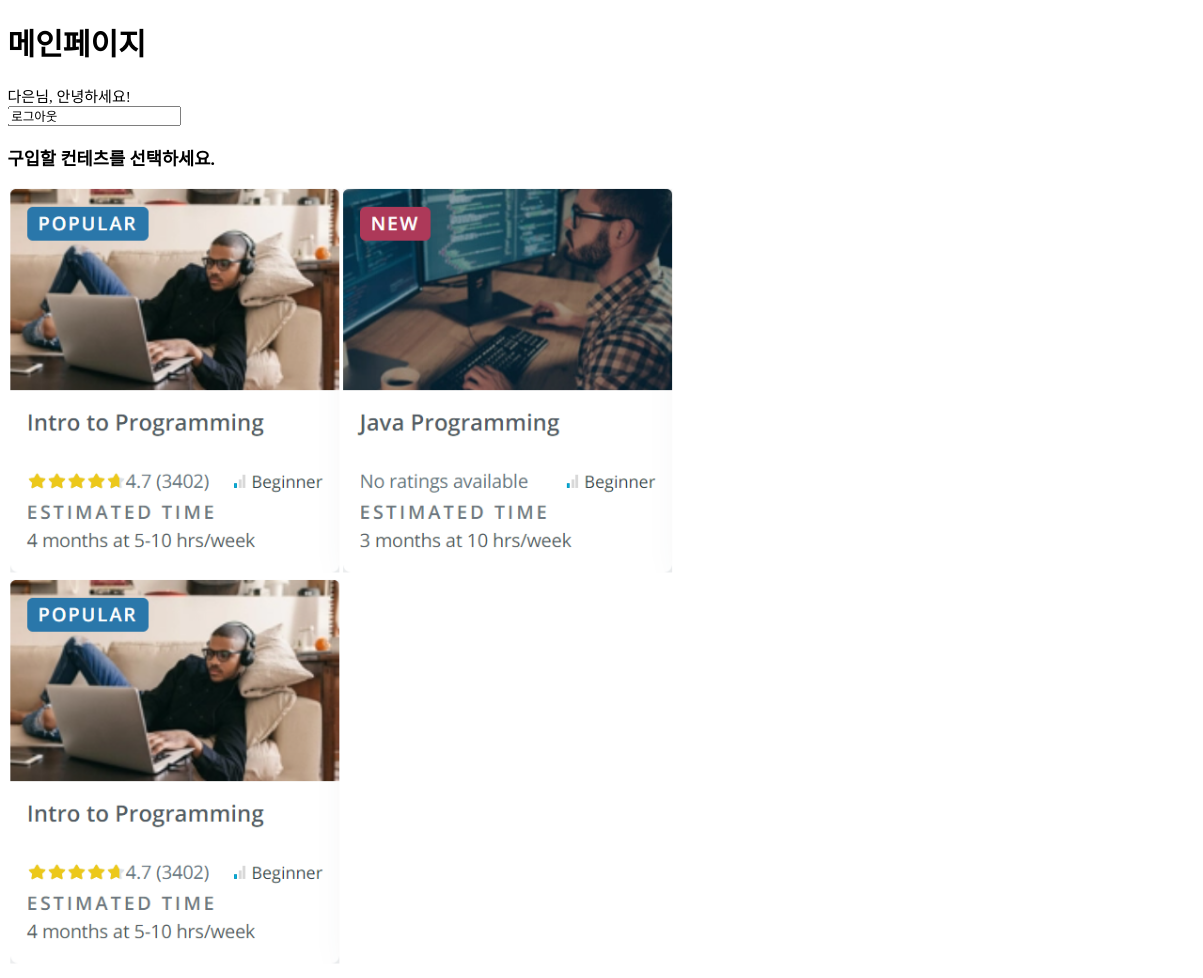
Repository: euniiee/test11
Page: http://localhost/Project/main.jsp
The author's editor kept a copy of each file at every save. The page is drawn from the files as they stood at one save, then again after the next save.
The browser window is 1280 px wide. The pictures show the whole page, at 94% of full size.
The page is served by Tomcat 9. Other server files are loaded and not shown.

Above is the page before, as saved 2023-02-01 02:17:30.

### Project/WebContent/main.jsp
<%@ page language="java" contentType="text/html; charset=UTF-8"
    pageEncoding="UTF-8"%>
<!DOCTYPE html>
<html>
<head>
<meta charset="UTF-8">
<title>Insert title here</title>
</head>
<body>
<div>
	<div>
		<h1>메인페이지</h1>
		<div>
			<div>다은님, 안녕하세요!</div>
			<input value="로그아웃">
		</div>
	</div>
	<h3>구입할 컨테츠를 선택하세요.</h3>
	<table>
		<tr>
			<td><img src="Intro_350_408.png"></td>
			<td><img src="Java_350_408.png"></td>
			<td></td>
		</tr>
		<tr>
			<td><img src="Intro_350_408.png"></td>
			<td></td>
			<td></td>
		</tr>
	</table>
</div>
</body>
</html>

After the next save:
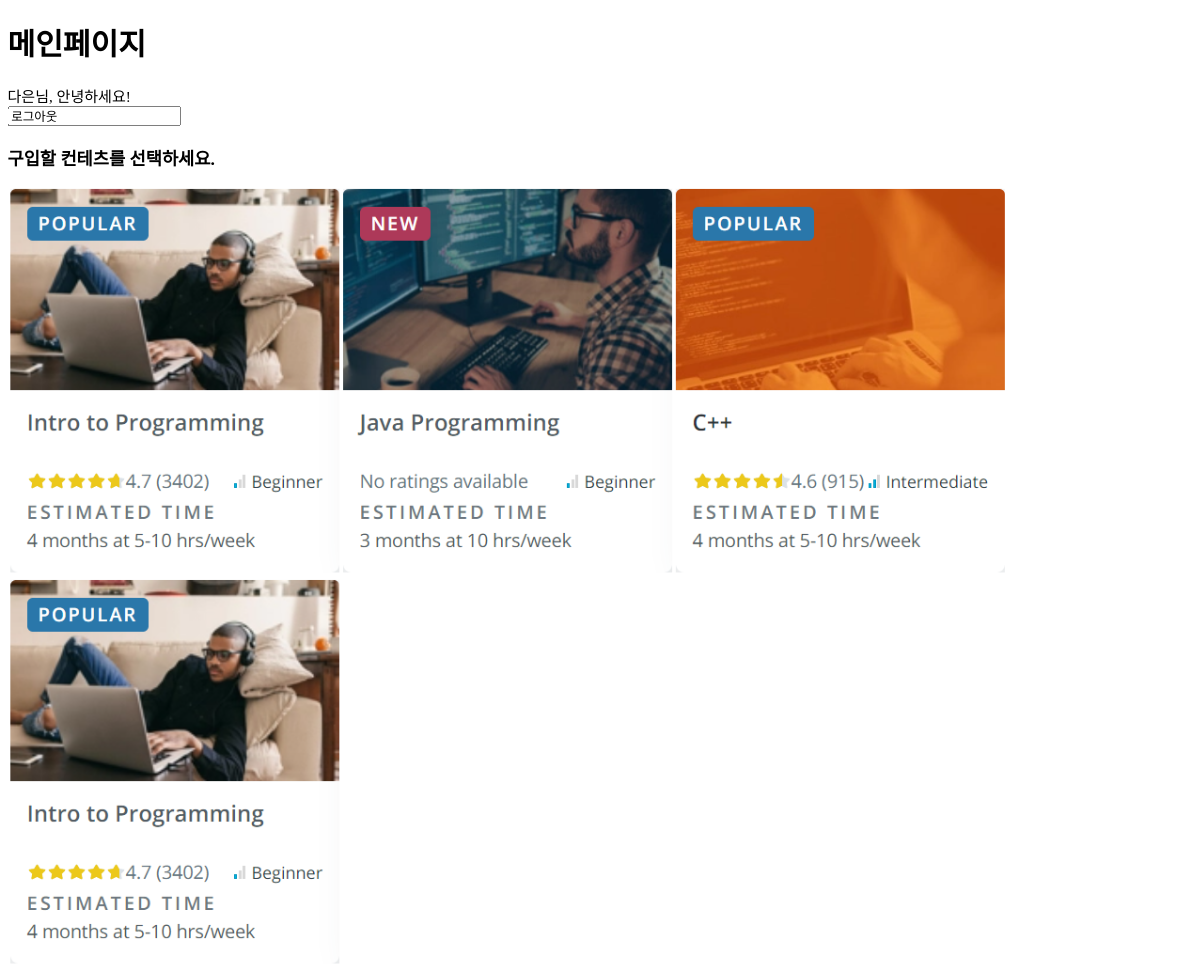
Saved 25 s later.
--- a/Project/WebContent/main.jsp
+++ b/Project/WebContent/main.jsp
@@ -20,7 +20,7 @@
 		<tr>
 			<td><img src="Intro_350_408.png"></td>
 			<td><img src="Java_350_408.png"></td>
-			<td></td>
+			<td><img src="Cpp_350_408.png"></td>
 		</tr>
 		<tr>
 			<td><img src="Intro_350_408.png"></td>
